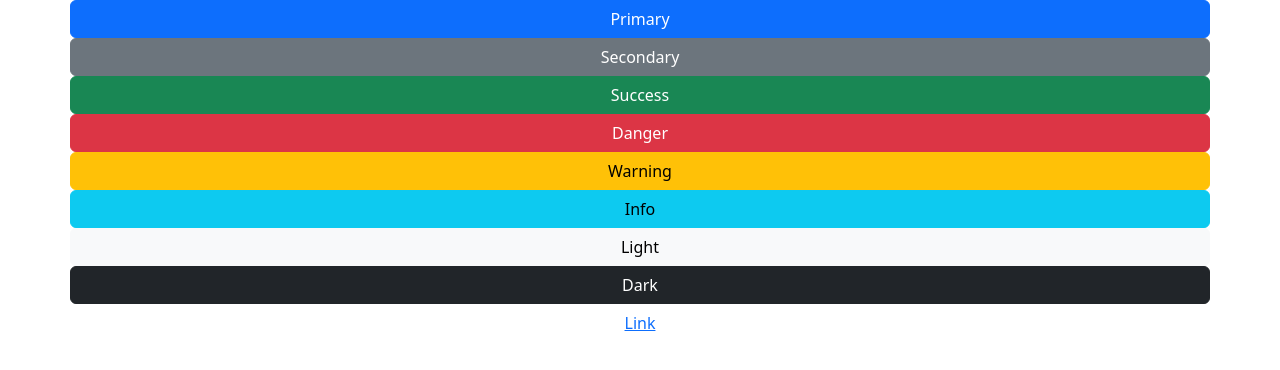
Repository: lemoueno/programme_dev_fullstack
Page: bootstrap/buttoms/buttms.html
These files come from the project's save history. The page is drawn as it stood at one moment and after the next save; the edit follows.
The browser window is 1280 px wide. The pictures show the whole page.

Above is the page before, as saved 2023-12-03 17:26:31.

After the next save:
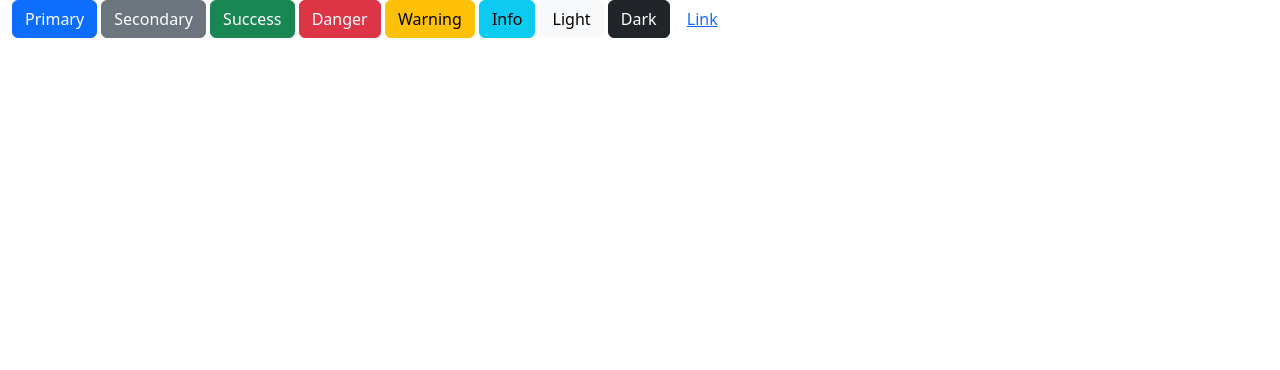
Saved 2 min 30 s later.
--- a/bootstrap/buttoms/buttms.html
+++ b/bootstrap/buttoms/buttms.html
@@ -7,19 +7,16 @@
     <title>Document</title>
 </head>
 <body>
-    <div class="container">
-        <div class="row">
+    <d class="container" style="margin-top: 50px;">
             <button type="button" class="btn btn-primary">Primary</button>
-<button type="button" class="btn btn-secondary">Secondary</button>
-<button type="button" class="btn btn-success">Success</button>
-<button type="button" class="btn btn-danger">Danger</button>
-<button type="button" class="btn btn-warning">Warning</button>
-<button type="button" class="btn btn-info">Info</button>
-<button type="button" class="btn btn-light">Light</button>
-<button type="button" class="btn btn-dark">Dark</button>
-
-<button type="button" class="btn btn-link">Link</button>
-        </div>
+            <button type="button" class="btn btn-secondary">Secondary</button>
+            <button type="button" class="btn btn-success">Success</button>
+            <button type="button" class="btn btn-danger">Danger</button>
+            <button type="button" class="btn btn-warning">Warning</button>
+            <button type="button" class="btn btn-info">Info</button>
+            <button type="button" class="btn btn-light">Light</button>
+            <button type="button" class="btn btn-dark">Dark</button>
+            <button type="button" class="btn btn-link">Link</button>
     </div>
 </body>
 </html>
